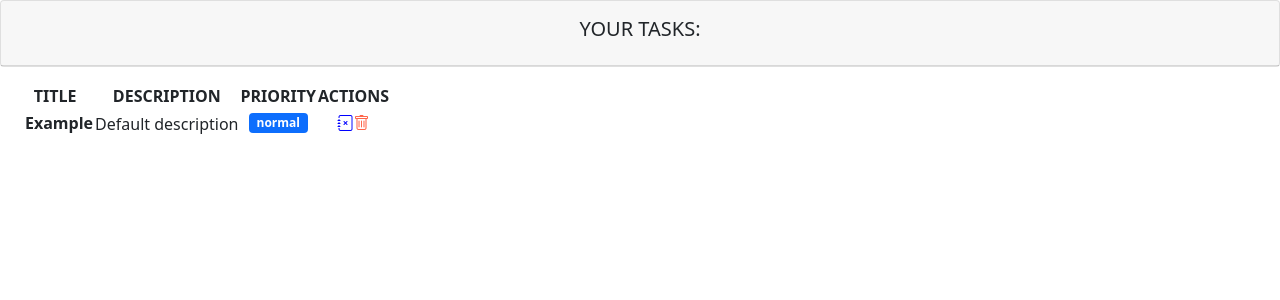
Repository: abgdev1997/proyecto-evo
Page: /
An editor plug-in stored every save of this project. The page is shown before and after the next save, followed by the edit.
The browser window is 1280 px wide. The pictures show the whole page.
The project was rebuilt for these pictures with package versions that can differ from the ones it lists, and the page was loaded fresh each time. Also part of the build but not shown: src/index.css.

Above is the page before, as saved 2022-01-27 11:16:01.

After the next save:
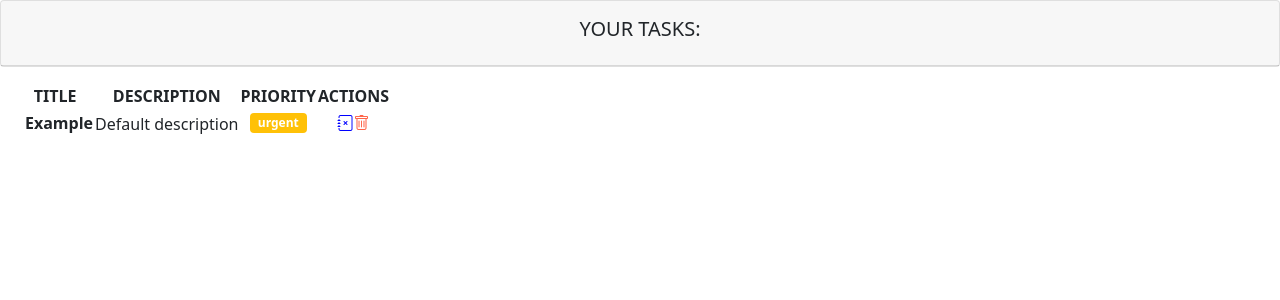
Saved 15 s later.
--- a/src/components/container/task_list.jsx
+++ b/src/components/container/task_list.jsx
@@ -5,7 +5,7 @@ import TaskComponent from '../pure/task_component'
 
 const TaskList = () => {
 
-    const defaultTask = new Task('Example', 'Default description', false, LEVELS.NORMAL);
+    const defaultTask = new Task('Example', 'Default description', false, LEVELS.URGENT);
 
     //Estados del componente
     const [tasks, setTasks] = useState([defaultTask]);
